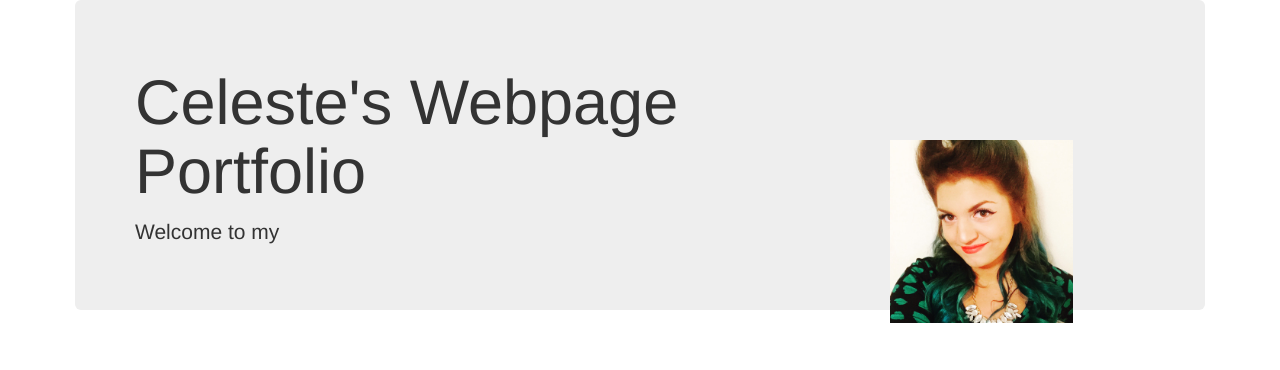
Repository: fieldceleste/portfolio-celeste
Page: portfolio-celeste.html
An editor plug-in stored every save of this project. The page is shown before and after the next save, followed by the edit.
The browser window is 1280 px wide. The pictures show the whole page.

Above is the page before, as saved 2019-11-01 12:13:19.

### portfolio-celeste.html
<!DOCTYPE html>
<html>
  <head>
    <title>Celeste Field's Portfolio</title>
  <link href="css/bootstrap.css" rel="stylesheet" type="text/css">
  <link href="css/styles.css" rel="stylesheet" type="text/css">

 <body>
    <div class="container">
      <div class="jumbotron">
        <h1><img src="img/celeste.jpeg" class="img" alt="photo of celeste field"> Celeste's Webpage Portfolio </h1>
        <p>Welcome to my  </p>


  </body>
</html>

### css/styles.css
img{
float:right;
width: 30%;
height:50%;
padding: 60px;
margin: 12px;
}

Loaded but not shown: css/bootstrap.css (library)

After the next save:
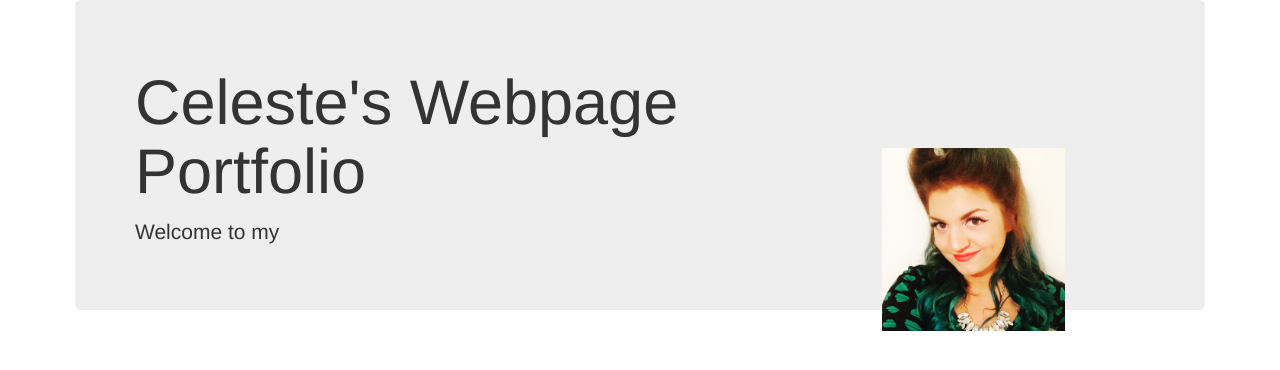
Saved 16 s later.
--- a/css/styles.css
+++ b/css/styles.css
@@ -3,5 +3,5 @@ float:right;
 width: 30%;
 height:50%;
 padding: 60px;
-margin: 12px;
+margin: 20px;
 }
